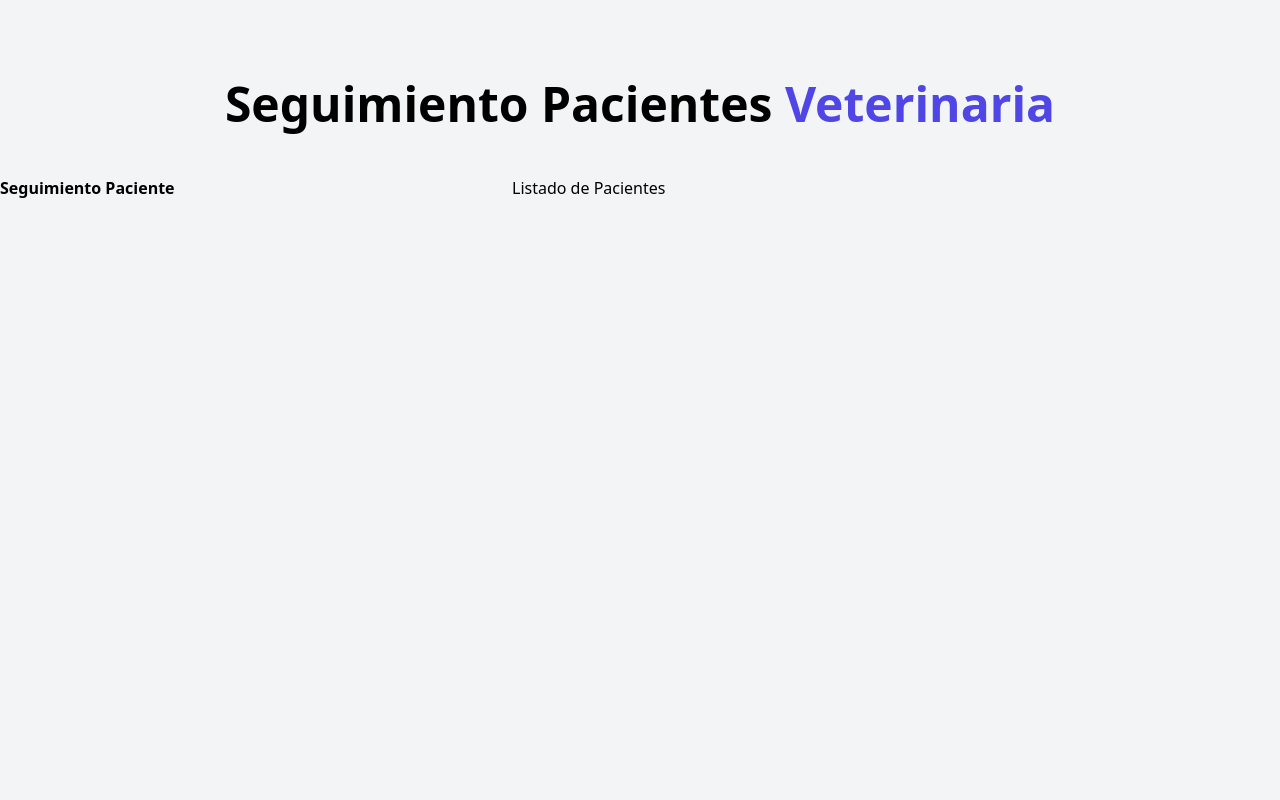
Repository: richardacb/citas_react_vite
Page: /
The author's editor kept a copy of each file at every save. The page is drawn from the files as they stood at one save, then again after a run of saves.
The browser window is 1280 px wide. The pictures show the whole page.
The project was rebuilt for these pictures with package versions that can differ from the ones it lists, and the page was loaded fresh each time. Also part of the build but not shown: vite.config.js.

Above is the page before, as saved 2022-12-17 02:36:03.

### src/App.jsx
import { useState } from "react";
import Header from "./components/Header";
import Formulario from "./components/Formulario";
import ListadoPacientes from "./components/ListadoPacientes";

function App() {
  return (
    <div className="container mx-auto mt-20">
      <Header />
      <div className="mt-12 md:flex">
        <Formulario />
        <ListadoPacientes />
      </div>
    </div>
  );
}

export default App;

### src/components/Header.jsx
function Header() {
  return (
    <>
        <h1 className="font-black text-5xl text-center md:w-2/3 mx-auto">Seguimiento Pacientes {''}
         <span className="text-indigo-600">Veterinaria</span></h1>
    </>
  );
}

export default Header;

### src/components/Formulario.jsx
const Formulario = () => {
    return (
        <div className="md:w-1/2 lg:w-2/5">
            <h2 className="font-black text">Seguimiento Paciente</h2>
        </div>
    )
}

export default Formulario;

### src/components/ListadoPacientes.jsx
const ListadoPacientes = () => {
  return (
    <div className="w-1/2 lg:w-3/5">
      <h2>Listado de Pacientes</h2>
    </div>
  );
};

export default ListadoPacientes;

Loaded but not shown: index.html (common file); src/main.jsx (common file); src/index.css (common file); tailwind.config.cjs (common file)

After the next 3 saves:
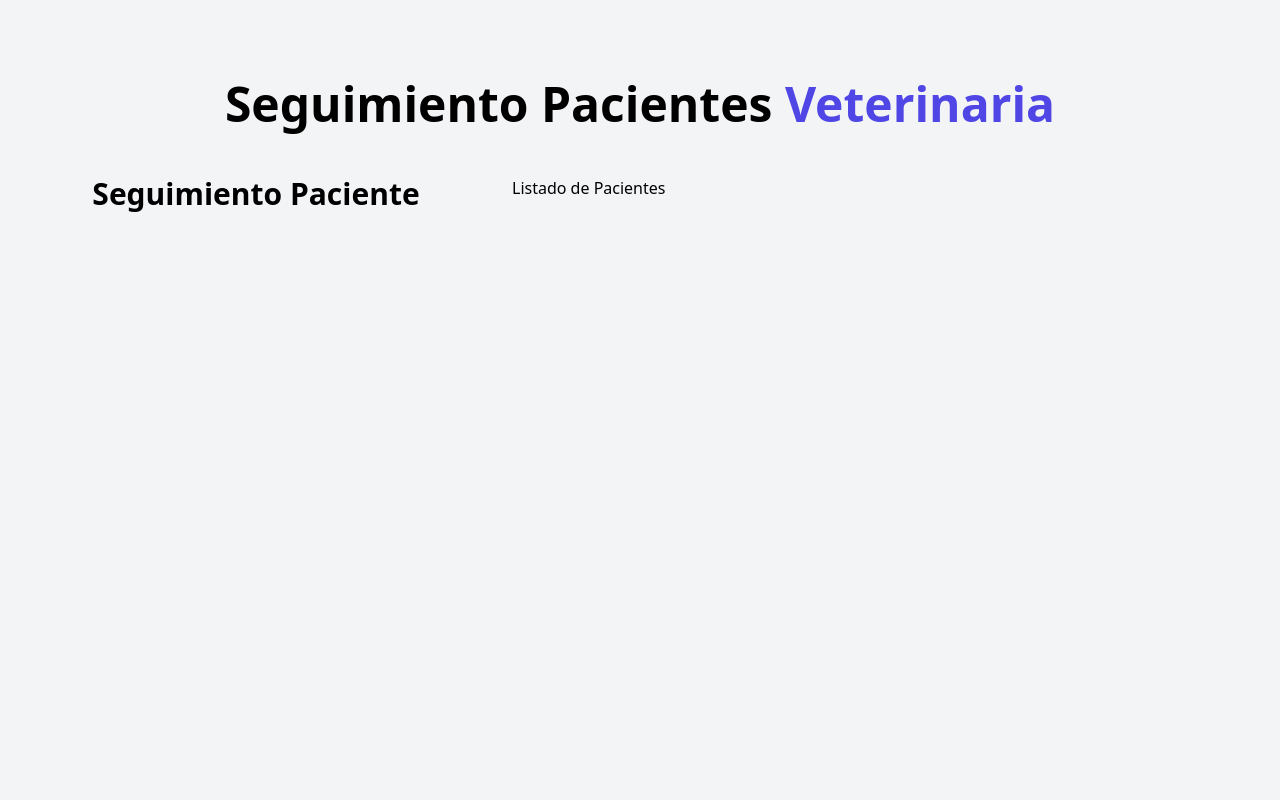
The 3 saves are shown as one change because they came seconds apart.
The last was saved 7 s later.
--- a/src/components/Formulario.jsx
+++ b/src/components/Formulario.jsx
@@ -1,7 +1,7 @@
 const Formulario = () => {
     return (
         <div className="md:w-1/2 lg:w-2/5">
-            <h2 className="font-black text">Seguimiento Paciente</h2>
+            <h2 className="font-black text-3xl text-center">Seguimiento Paciente</h2>
         </div>
     )
 }
